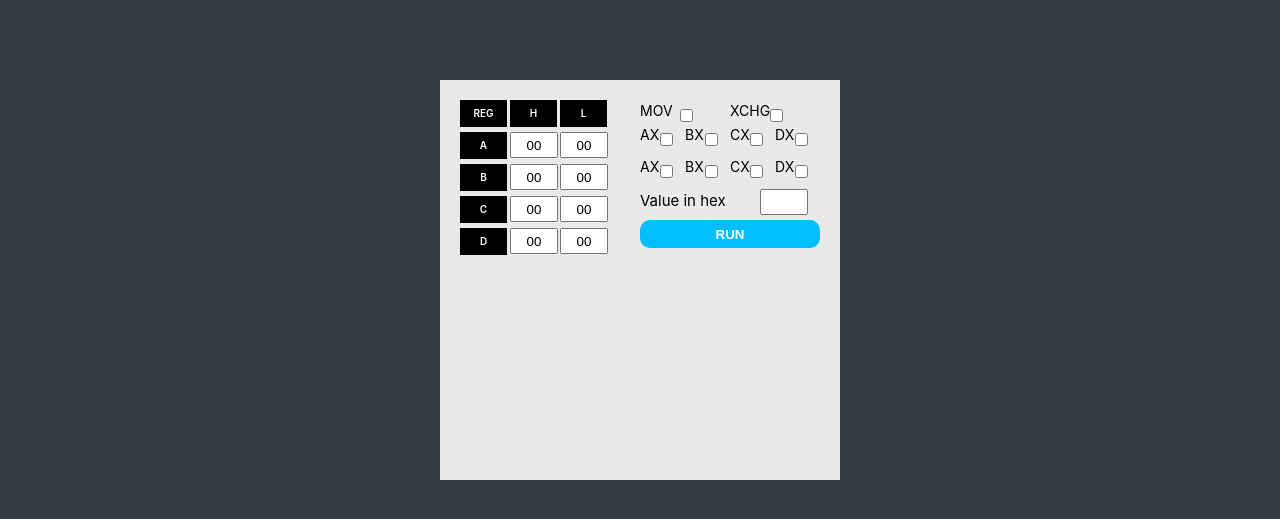
Repository: piookr-wsei/8086
Page: /
The author's editor kept a copy of each file at every save. The page is drawn from the files as they stood at one save, then again after the next save.
The browser window is 1280 px wide. The pictures show the whole page.
The project was rebuilt for these pictures with package versions that can differ from the ones it lists, and the page was loaded fresh each time.

Above is the page before, as saved 2022-06-18 23:59:09.

### src/App.js
import React from 'react';
import { useState } from 'react';
import './App.css';
import { RegDesc, RegInput, RegWrapper, UiWindow, UiWrapper, SettingsWrapper, Labels, CheckWrapper, OpBox, LineWrap, NumDesc, RegChWrapper, Run } from './Components/Components.elements';


function App() {

  const xchg="xchg";
  const mov="mov"

  const [movChecked, setMovChecked] = useState(false);

  const [xchgChecked, setXchgChecked] = useState(false);

  const [opChosen,setOpChosen] = useState(null)

  function HandleCheck(name){
    if(name=="mov"){
      setMovChecked(!movChecked)
      setXchgChecked(false)
      setCheckLimit(1)
      setCheckedBoxes([false,false,false,false,false,false,false,false])
      setCheckCurrent(0)
    }
    else if(name=="xchg"){
      setXchgChecked(!xchgChecked)
      setMovChecked(false)
      setCheckLimit(2)
      setCheckedBoxes([false,false,false,false,false,false,false,false])
      setCheckCurrent(0)
    }
    else{
      let tempArray = checkedBoxes
      if(tempArray[name]==true)
      {
        tempArray[name]=!tempArray[name]
        console.log(tempArray[name])
        setCheckCurrent((checkCurrent => {return(checkCurrent - 1)}))
      }
      else if(tempArray[name]==false && checkCurrent<checkLimit)
      {
        tempArray[name]=!tempArray[name]
        console.log(tempArray[name])
        setCheckCurrent((checkCurrent => {return(checkCurrent + 1)}))
      }
      else{
        return
      }
      setCheckedBoxes(tempArray)
    }

    setOpChosen(name)
  }

  const [checkLimit, setCheckLimit] = useState(0);
  const [checkCurrent, setCheckCurrent] = useState(0);
  const [checkedBoxes, setCheckedBoxes] = useState([false,false,false,false,false,false,false,false])
  const [tempString, setTempString] = useState("")


function OpChange(){
  return(
    <>
    <Labels>
      <CheckWrapper>
        MOV
        <OpBox type="checkbox"  checked={movChecked} onClick={() => HandleCheck(mov)} id="MOV"/>
      </CheckWrapper>
      <CheckWrapper style={{position:"relative", left:"10px"}}>
        XCHG
        <OpBox type="checkbox" checked={xchgChecked} onChange={() => HandleCheck(xchg)} id="XCHG" name="XCHG"/>
      </CheckWrapper>
    </Labels>
    </>
    )
  }

  const [text, setText]=useState({topText:""});

  function handleChange(event){
    const name = event.target.name
    if(event.target.value.length==0){
      setText(oldText => {
        return({
          ...oldText,
          [name]:event.target.value

      })}
      )}
    else{
    console.log(event.target.value[event.target.value.length-1])
    event.target.value=event.target.value.toUpperCase()
    setText(oldText => {
      if(event.target.value[event.target.value.length-1].match(/^(1|2|3|4|5|6|7|8|9|A|B|C|D|E|F)$/)){
      return({
        ...oldText,
        [name]:event.target.value

    })}
    else{return oldText}
  })}
}

function Compile(){
  if(setMovChecked==true && checkCurrent==1){

  }
  else if(setXchgChecked==true && checkCurrent==2){

  }
  else
  return
}


const [regValues,setRegValues] = useState(["00","00","00","00","00","00","00","00"])



  return (
    <div className="App">
      <UiWindow>
        <UiWrapper>
          <RegWrapper>
            <RegDesc textContent={"REG"}/>  <RegDesc textContent={"H"}/>  <RegDesc textContent={"L"}/>

            <RegDesc textContent={"A"}/>  <RegInput  readOnly value={regValues[0]}/> <RegInput  readOnly value={regValues[1]}/>
            <RegDesc textContent={"B"}/>  <RegInput  readOnly  value={regValues[2]}/> <RegInput  readOnly  value={regValues[3]}/>
            <RegDesc textContent={"C"} />  <RegInput  readOnly  value={regValues[4]}/> <RegInput  readOnly  value={regValues[5]}/>
            <RegDesc textContent={"D"}/>  <RegInput  readOnly  value={regValues[6]}/> <RegInput  readOnly  value={regValues[7]}/>
          </RegWrapper>

          <SettingsWrapper>

              <OpChange/>

              <RegChWrapper>
                <CheckWrapper>
                  AX<OpBox type="checkbox" checked={checkedBoxes[0]} onChange={() => HandleCheck(0)}/>
                </CheckWrapper>
                <CheckWrapper>
                  BX<OpBox type="checkbox" checked={checkedBoxes[1]} onChange={() => HandleCheck(1)}/>
                </CheckWrapper>
                <CheckWrapper>
                  CX<OpBox type="checkbox" checked={checkedBoxes[2]} onChange={() => HandleCheck(2)}/>
                </CheckWrapper>
                <CheckWrapper>
                  DX<OpBox type="checkbox" checked={checkedBoxes[3]} onChange={() => HandleCheck(3)}/>
                </CheckWrapper>
                <CheckWrapper>
                  AX<OpBox type="checkbox" checked={checkedBoxes[4]} onChange={() => HandleCheck(4)}/>
                </CheckWrapper>
                <CheckWrapper>
                  BX<OpBox type="checkbox" checked={checkedBoxes[5]} onChange={() => HandleCheck(5)}/>
                </CheckWrapper>
                <CheckWrapper>
                  CX<OpBox type="checkbox" checked={checkedBoxes[6]} onChange={() => HandleCheck(6)}/>
                </CheckWrapper>
                <CheckWrapper>
                  DX<OpBox type="checkbox" checked={checkedBoxes[7]} onChange={() => HandleCheck(7)}/>
                </CheckWrapper>
              </RegChWrapper>

              <LineWrap>
              <NumDesc textContent={"Value in hex"}/>  <RegInput type="text" id="field-1" className="field" name="topText" onChange={handleChange}  maxLength={2} style={{width:"40px"}}  value={text.topText}/>

              </LineWrap>
              <Run>RUN</Run>
          </SettingsWrapper>



        </UiWrapper>
      </UiWindow>

    </div>
  );
}

export default App;

### src/App.css
body{
  height: 100%;
  background: rgba(1, 10, 22, 0.8);
}

.App-logo {
  height: 40vmin;
  pointer-events: none;
}

@media (prefers-reduced-motion: no-preference) {
  .App-logo {
    animation: App-logo-spin infinite 20s linear;
  }
}

.App-header {
  background-color: #282c34;
  min-height: 100vh;
  display: flex;
  flex-direction: column;
  align-items: center;
  justify-content: center;
  font-size: calc(10px + 2vmin);
  color: white;
}

.App-link {
  color: #61dafb;
}

@keyframes App-logo-spin {
  from {
    transform: rotate(0deg);
  }
  to {
    transform: rotate(360deg);
  }
}

### src/Components/Components.elements.js
import styled from "styled-components";

export const UiWindow = styled.div`
    height: 400px;
    width: 400px;
    background: rgb(233,233,233);
    position: relative;
    margin: auto;
    top: 80px;
`

export const UiWrapper = styled.div`
    border: 20px solid transparent;
    display: grid;
    grid-template-columns: 1fr 1fr;
`

export const RegWrapper = styled.div`
    width: 180px;
    //background: rgba(0,0,0,0.1);
    position: relative;
    left: 0;
    display: grid;
    grid-template-columns: 50px 50px 50px;
`

export const RegInput = styled.input`
    height: 20px;
    width: 40px;
    margin-bottom:5px;
    text-align: center;
`

export const SettingsWrapper = styled.div`
    width: 180px;
    //background: rgba(0,0,0,0.1);
    position: relative;
    right: 0;
    display: grid;
    grid-template-columns: 180px;
    //border: solid 1px black;
    font-size: 14px;
    line-height: 22px;
    grid-template-rows: 24px 64px repeat(auto-fit, 32px);

`

export const RegDescSC = styled.div`
    height: 27px;
    width: 47px;
    background: black;
    margin-bottom:5px;
    color: white;
    font-weight: 600;
`

export const DescText = styled.p`
    font-size: 10px;
    text-align: center;
    position: relative;
    top: -3px;
`

export function RegDesc(props){
    return(
        <RegDescSC>
            <DescText>{props.textContent}</DescText>
        </RegDescSC>
    )
}

export const Labels = styled.div`
    display: grid;
    grid-template-columns: 80px 80px;
`

export const CheckWrapper = styled.div`

    min-width: 30px;
    max-width: 65px;
    height: 25px;
    display: flex;
    justify-content: space-between;
`

export const OpBox = styled.input`
    vertical-align: "middle";
    position: relative;
    top: 3px;
    left: -9px;
`

export const LineWrap = styled.div`
    width: 180px;
    display: flex;
    align-items: center;
`

export const NumSC = styled.div`
    width: 120px;
    text-align: left !important;
`

export function NumDesc(props){
    return(
        <NumSC>
            <DescText style={{textAlign: "left", fontSize:"15px"}}>{props.textContent}</DescText>
        </NumSC>
    )
}

export const RegChWrapper = styled.div`
width: 180px;
display: grid;
grid-template-columns: 45px 45px 45px 45px ;
`

export const Run = styled.button`
width: 180px;
border-radius: 10px;
border:transparent 4px;
background-color: #00bfff;
margin: 0px auto 4px auto;
font-weight: 700;
color: white;
cursor: pointer;
&:hover {


  }
`

Loaded but not shown: public/index.html (common file); src/index.js (common file); src/index.css (common file); src/reportWebVitals.js (common file)

After the next save:
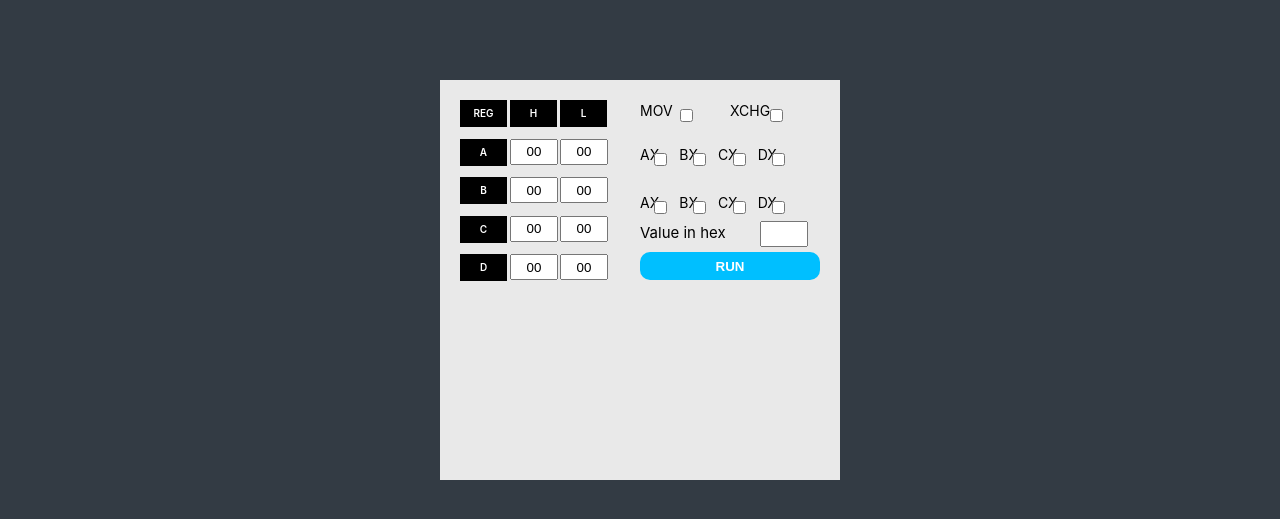
Saved 2 min 47 s later.
--- a/src/App.js
+++ b/src/App.js
@@ -135,7 +135,7 @@ const [regValues,setRegValues] = useState(["00","00","00","00","00","00","00","0
 
               <OpChange/>
 
-              <RegChWrapper>
+              <LineWrap>
                 <CheckWrapper>
                   AX<OpBox type="checkbox" checked={checkedBoxes[0]} onChange={() => HandleCheck(0)}/>
                 </CheckWrapper>
@@ -148,6 +148,8 @@ const [regValues,setRegValues] = useState(["00","00","00","00","00","00","00","0
                 <CheckWrapper>
                   DX<OpBox type="checkbox" checked={checkedBoxes[3]} onChange={() => HandleCheck(3)}/>
                 </CheckWrapper>
+                </LineWrap>
+                <LineWrap>
                 <CheckWrapper>
                   AX<OpBox type="checkbox" checked={checkedBoxes[4]} onChange={() => HandleCheck(4)}/>
                 </CheckWrapper>
@@ -160,7 +162,7 @@ const [regValues,setRegValues] = useState(["00","00","00","00","00","00","00","0
                 <CheckWrapper>
                   DX<OpBox type="checkbox" checked={checkedBoxes[7]} onChange={() => HandleCheck(7)}/>
                 </CheckWrapper>
-              </RegChWrapper>
+                </LineWrap>
 
               <LineWrap>
               <NumDesc textContent={"Value in hex"}/>  <RegInput type="text" id="field-1" className="field" name="topText" onChange={handleChange}  maxLength={2} style={{width:"40px"}}  value={text.topText}/>
